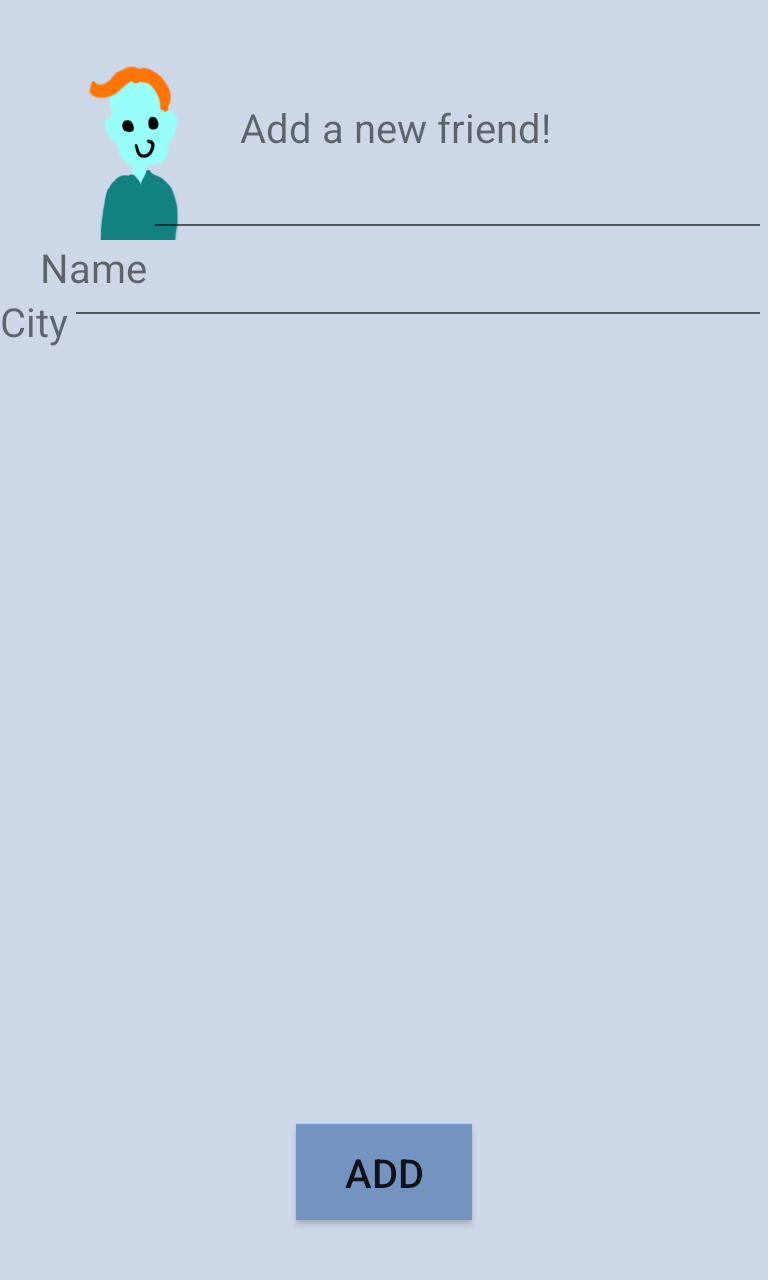
Repository: hinasakazaki/WeatherWithFriends
Layout: WeatherWithFriends/res/layout/add_fragment.xml
An editor plug-in stored every save of this project. The layout is shown before and after the next save, followed by the edit.
It is drawn on a 768 x 1280 px phone screen (xhdpi) without system bars, with theme AppTheme; the app's code is not run.

Above is the layout before, as saved 2014-06-09 22:28:29.

After the next save:
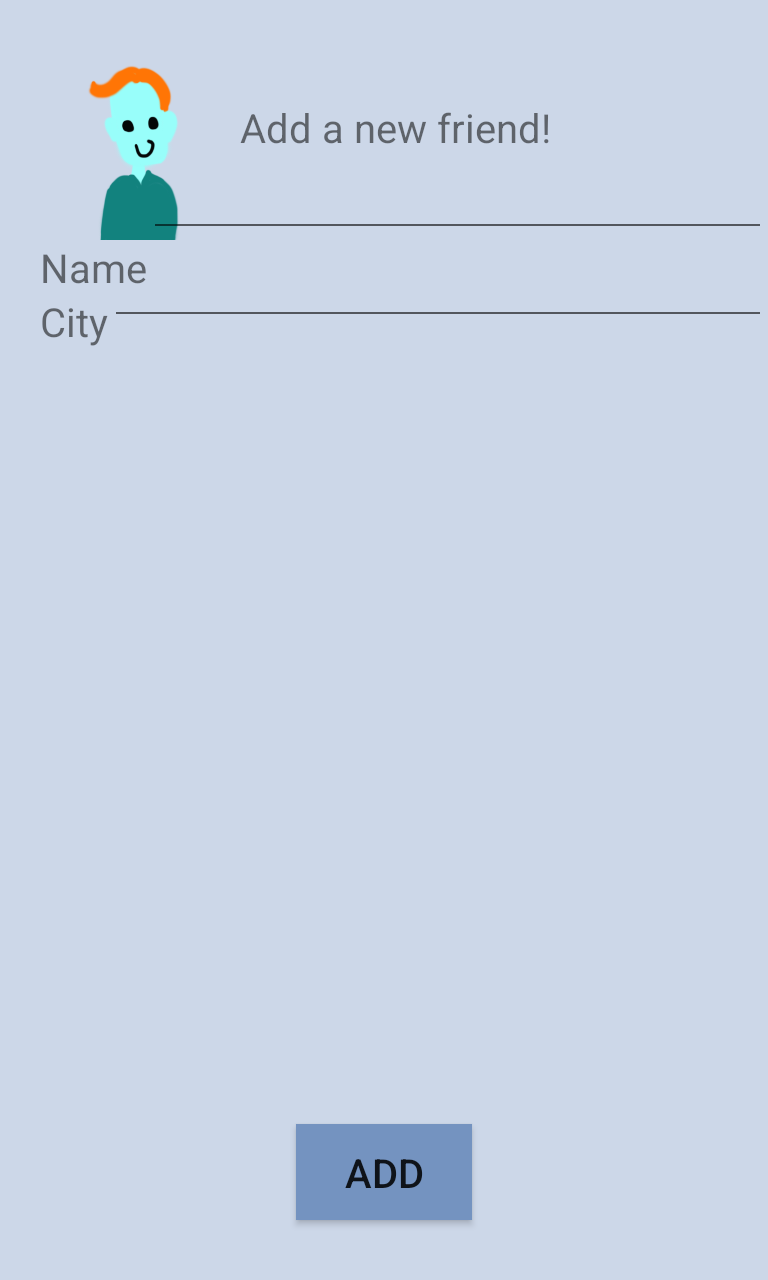
Saved 12 s later.
--- a/WeatherWithFriends/res/layout/add_fragment.xml
+++ b/WeatherWithFriends/res/layout/add_fragment.xml
@@ -54,7 +54,7 @@
     	    android:layout_below="@id/Name"
     	    android:textSize="20dp"
     	    android:text="City"
-    	    android:layout_centerHorizontal="true"/>
+    	     android:layout_marginLeft="20dp"/>
 
 	   <EditText
 	       android:id="@+id/cityEdit"
